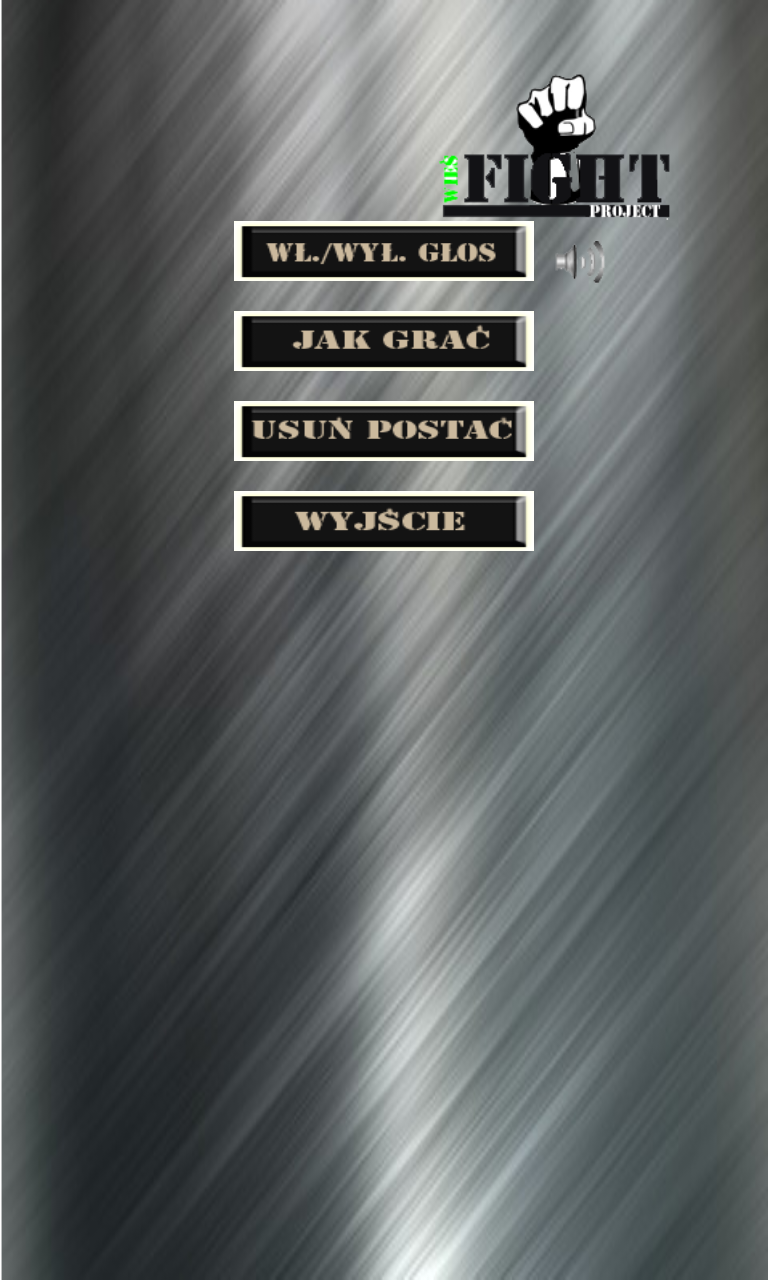
Repository: KrzysztofWolinski/WiesFight_Project
Layout: WiesFight/res/layout/activity_settings.xml
These files come from the project's save history. The layout is drawn as it stood at one moment and after the next save; the edit follows.
It is drawn on a 768 x 1280 px phone screen (xhdpi) without system bars, with theme AppTheme; the app's code is not run.

Above is the layout before, as saved 2014-11-12 19:09:15.

### WiesFight/res/layout/activity_settings.xml
<RelativeLayout xmlns:android="http://schemas.android.com/apk/res/android"
    xmlns:tools="http://schemas.android.com/tools"
    android:layout_width="match_parent"
    android:layout_height="match_parent"
    android:background="@drawable/bg"
    android:paddingBottom="@dimen/activity_vertical_margin"
    android:paddingLeft="@dimen/activity_horizontal_margin"
    android:paddingRight="@dimen/activity_horizontal_margin"
    android:paddingTop="@dimen/activity_vertical_margin"
    tools:context="${relativePackage}.${activityClass}" >

    <ImageView
        android:id="@+id/imgLogo"
        android:layout_width="wrap_content"
        android:layout_height="wrap_content"
        android:layout_alignParentRight="true"
        android:layout_alignParentTop="true"
        android:layout_marginTop="20dp"
        android:layout_marginRight="30dp"
        android:src="@drawable/logo"
        android:contentDescription="@string/logo" />

    <Button
        android:id="@+id/btnSound"
        android:layout_width="150dp"
        android:layout_height="30dp"
        android:layout_below="@+id/imgLogo"
        android:layout_centerHorizontal="true"
        android:onClick="switchSound"
        android:background="@drawable/glos" />

    <Button
        android:id="@+id/btnHowToPlay"
        android:layout_width="150dp"
        android:layout_height="30dp"
        android:layout_alignLeft="@+id/btnSound"
        android:layout_below="@+id/btnSound"
        android:layout_marginTop="15dp"
        android:onClick="showHowToPlay"
        android:background="@drawable/jakgrac" />

    <Button
        android:id="@+id/btnDeleteCharacter"
        android:layout_width="150dp"
        android:layout_height="30dp"
        android:layout_alignLeft="@+id/btnHowToPlay"
        android:layout_below="@+id/btnHowToPlay"
        android:layout_marginTop="15dp"
        android:onClick="deleteCharacter"
        android:background="@drawable/usunpostac" />

    <Button
        android:id="@+id/btnExit"
        android:layout_width="150dp"
        android:layout_height="30dp"
        android:layout_alignRight="@+id/btnDeleteCharacter"
        android:layout_below="@+id/btnDeleteCharacter"
        android:layout_marginTop="15dp"
        android:onClick="leaveGame"
        android:background="@drawable/wyjscie" />

    <ImageView
        android:id="@+id/imgSound"
        android:layout_width="wrap_content"
        android:layout_height="wrap_content"
        android:layout_alignTop="@+id/btnSound"
        android:layout_toRightOf="@+id/btnSound"
        android:layout_marginTop="10dp"
        android:layout_marginLeft="10dp"
        android:src="@drawable/wl"
        android:contentDescription="@string/desc" />

</RelativeLayout>

### WiesFight/res/values/strings.xml
<?xml version="1.0" encoding="utf-8"?>
<resources xmlns:android="http://schemas.android.com/apk/res/android">

    <string name="app_name">WiesFight</string>
    <string name="hello_world">Hello world!</string>
    <string name="action_settings">Settings</string>
    <string name="title_activity_posts">PostsActivity</string>
    <string name="title_activity_login">LoginActivity</string>
    <string name="logo">logo</string>
    <string name="wybierz">wybierz</string>
    <string name="walka">walka</string>
    <string name="sklep">sklep</string>
    <string name="ustawienia">ustawienia</string>
    <string name="title_activity_fight">FightActivity</string>
    <string name="title_activity_shop">ShopActivity</string>
    <string name="title_activity_settings">SettingsActivity</string>
    <string name="nickHint">Podaj nick</string>
    <string name="avatar">avatar</string>
    <string name="lewy">lewy</string>
    <string name="prawy">prawy</string>
    <string name="ramka">ramka</string>
    <string name="desc">obrazek</string>
    <string name="yes">Tak</string>
    <string name="no">Nie</string>
    <string name="ok">OK</string>
    <string name="instruction">tutaj instrukcja jak grać</string>
    <string name="noInternetConnection">Połącz się z internetem i spróbuj ponownie.</string>
    <string name="confirmExit">Czy na pewno chcesz wyjść z gry?</string>
    <string name="confirmDelete">Czy na pewno chcesz usunąć postać?</string>
    <string name="title_activity_start">StartActivity</string>

</resources>

Loaded but not shown: WiesFight/res/values/styles.xml (common file); WiesFight/res/values-v11/styles.xml (common file); WiesFight/res/values-v14/styles.xml (common file); WiesFight/res/values/dimens.xml (common file); WiesFight/res/values-w820dp/dimens.xml (common file)

After the next save:
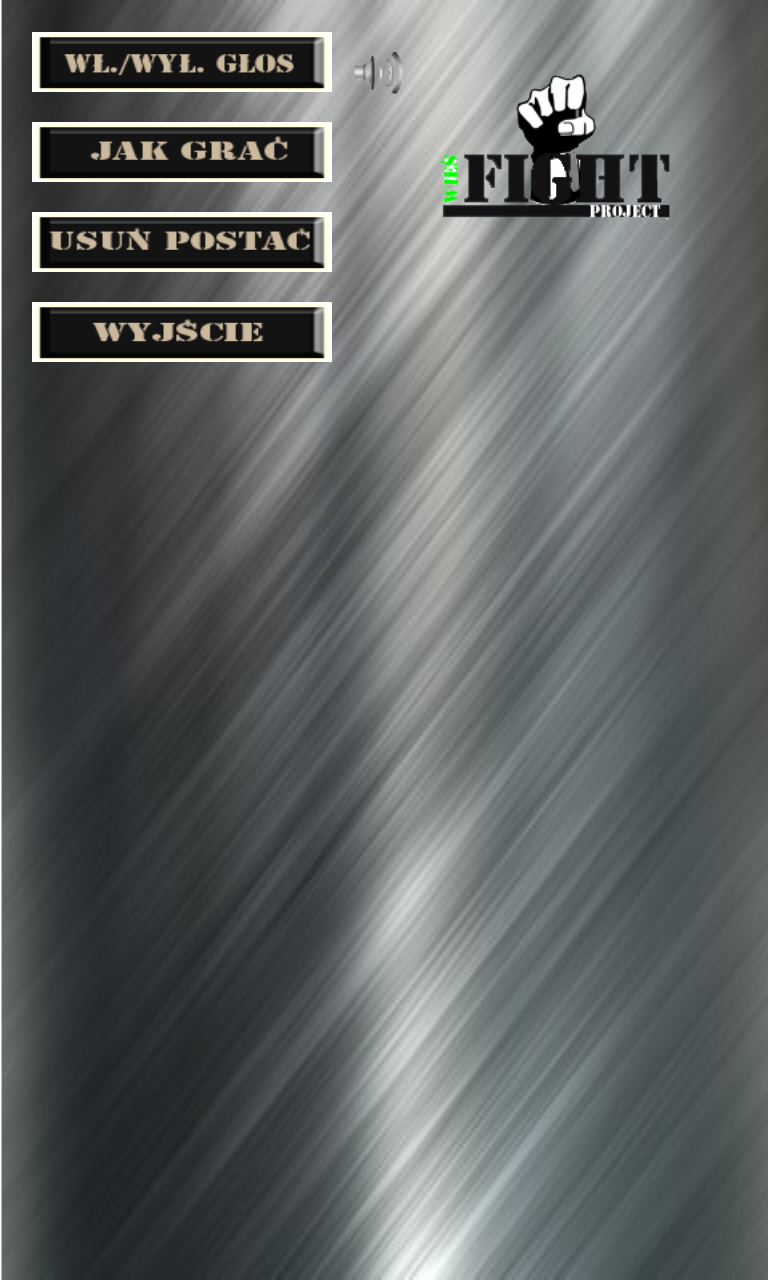
Saved 22 s later.
--- a/WiesFight/res/layout/activity_settings.xml
+++ b/WiesFight/res/layout/activity_settings.xml
@@ -25,7 +25,8 @@
         android:layout_width="150dp"
         android:layout_height="30dp"
         android:layout_below="@+id/imgLogo"
-        android:layout_centerHorizontal="true"
+        android:layout_alignParentLeft="true"
+        android:layout_alignParentTop="true"
         android:onClick="switchSound"
         android:background="@drawable/glos" />
 
